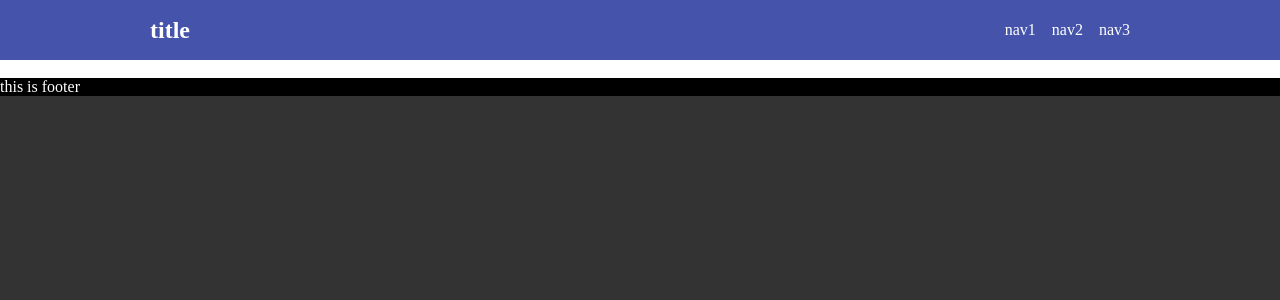
Repository: ksbsh27/multi_lingual
Page: index.html
An editor plug-in stored every save of this project. The page is shown before and after a run of saves, followed by the edit.
The browser window is 1280 px wide. The pictures show the whole page.
The style sheet was rebuilt from its Sass, Less or Tailwind sources for each picture, by a compiler version that may differ from the author's.

Above is the page before, as saved 2022-03-31 20:46:33.

After the next 5 saves:
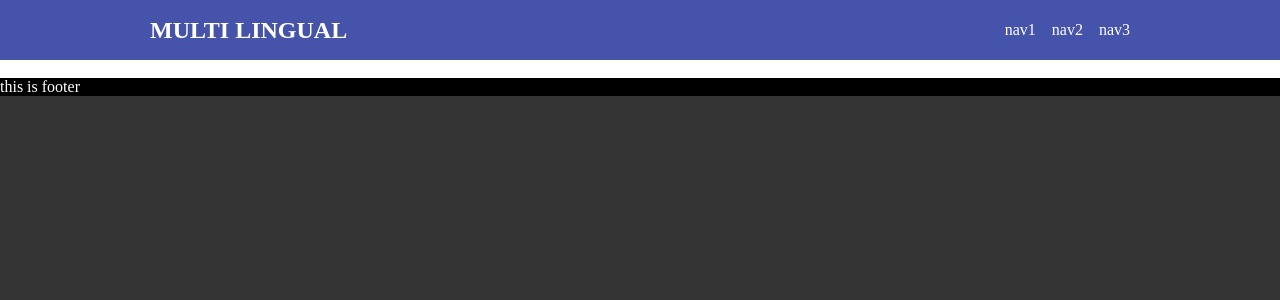
The 5 saves are shown as one change because they came seconds apart.
The last was saved 21 s later.
--- a/index.html
+++ b/index.html
@@ -10,7 +10,7 @@
 <body>
     <header>
         <nav>
-            <h1>title</h1>
+            <h1>MULTI LINGUAL</h1>
             <ul>
                 <li>nav1</li>
                 <li>nav2</li>
